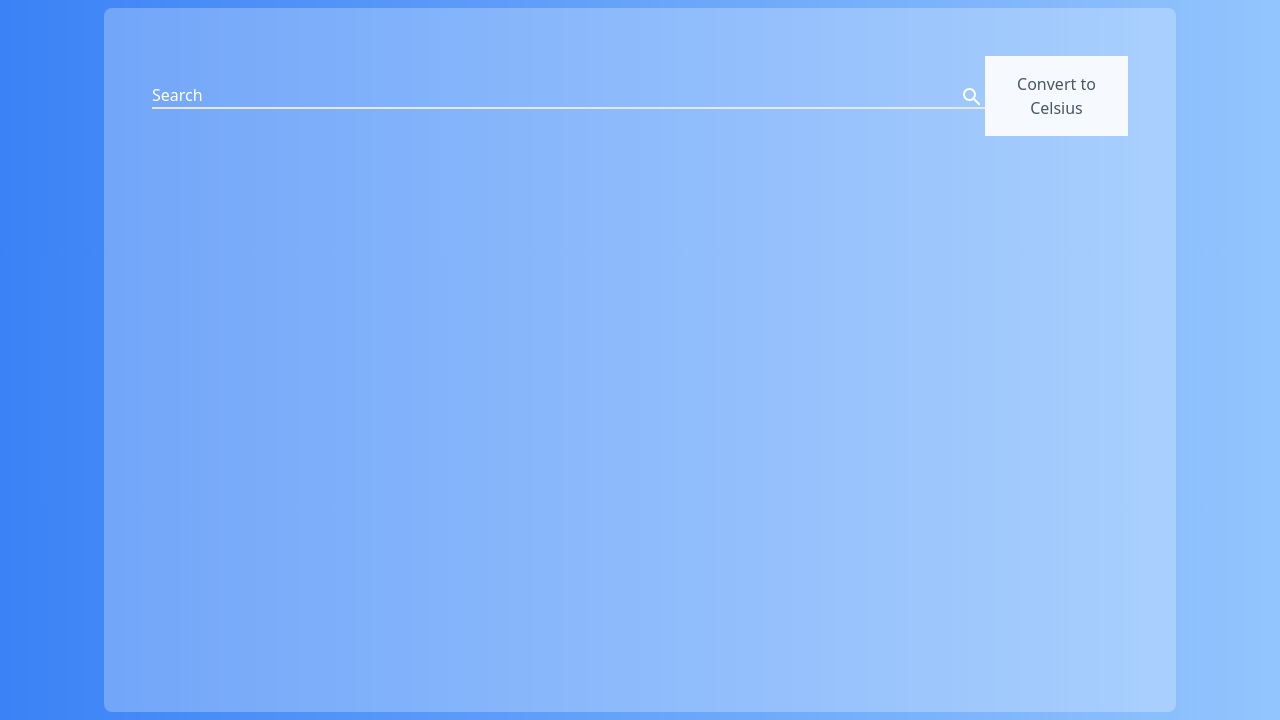
Repository: DevAntonioRogers/react-weatherapp-v2
Page: /
An editor plug-in stored every save of this project. The page is shown before and after the next save, followed by the edit.
The browser window is 1280 px wide. The pictures show the whole page.
The project was rebuilt for these pictures with package versions that can differ from the ones it lists, and the page was loaded fresh each time. The framework's server and built-in components were replaced by stand-ins that run in the browser. Also part of the build but not shown: next.config.js.

Above is the page before, as saved 2023-05-18 23:21:15.

### app/layout.tsx
import "./globals.css";
import { Inter } from "next/font/google";

export const metadata = {
  title: "Create Next App",
  description: "Generated by create next app",
};

export default function RootLayout({ children }: { children: React.ReactNode }) {
  return (
    <html lang="en">
      <body>{children}</body>
    </html>
  );
}

### app/page.tsx
import Conversion from "./components/Conversion";
import Input from "./components/Input";

export default function Home() {
  return (
    <div className="flex justify-center p-2 bg-cover h-screen bg-gradient-to-r from-blue-500 to-blue-300">
      <div className="bg-white/25 mx-24 w-full rounded-lg p-12">
        <div className="flex justify-between">
          <Input />
          <Conversion />
        </div>
      </div>
    </div>
  );
}

### app/components/Conversion.tsx
import React from "react";

const Conversion = () => {
  return (
    <div>
      <button className="bg-white/90 p-4 text-gray-600">Convert to Celsius</button>
    </div>
  );
};

export default Conversion;

### app/components/Input.tsx
"use client";

import SearchIcon from "@mui/icons-material/Search";

const Input = () => {
  return (
    <form className="flex items-center w-full">
      <input
        type="text"
        className="w-full bg-transparent border-b-2 placeholder-white outline-none text-white"
        placeholder="Search"
      />
      <div className="ml-[-25px] text-white cursor-pointer">
        <SearchIcon />
      </div>
    </form>
  );
};

export default Input;

Loaded but not shown: app/globals.css (common file); tailwind.config.js (common file)

After the next save:
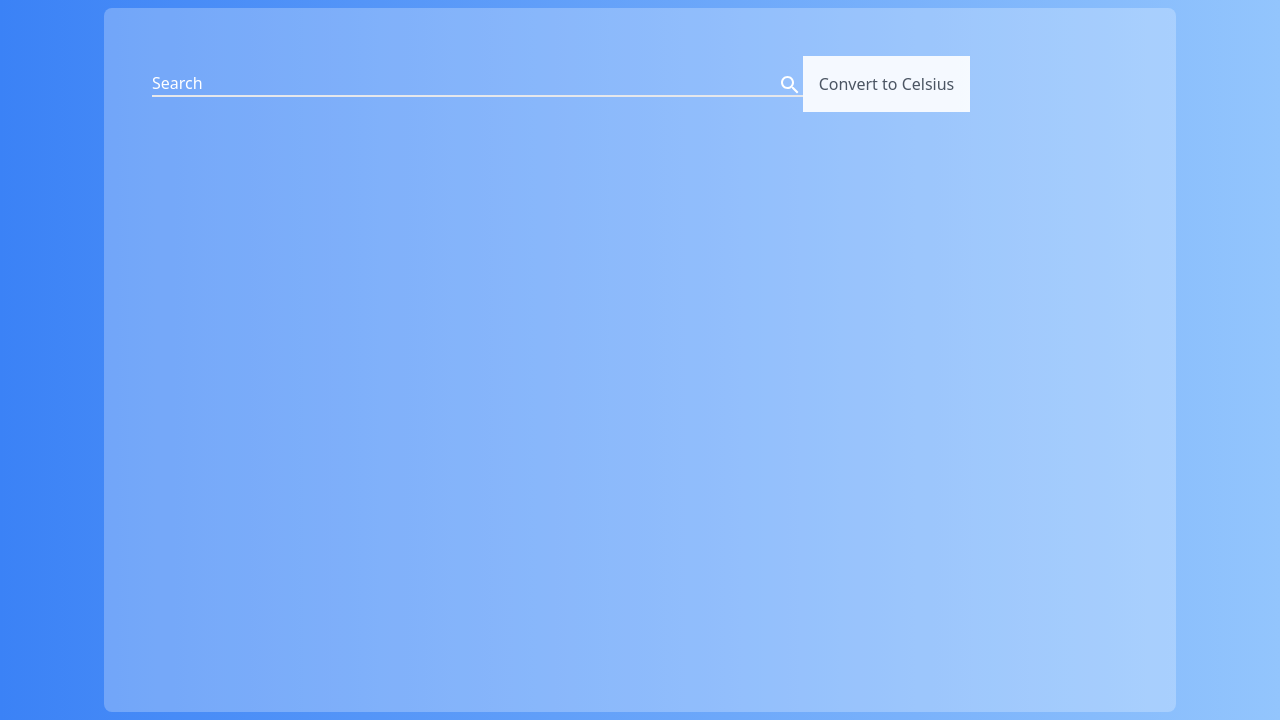
Saved 40 s later.
--- a/app/components/Conversion.tsx
+++ b/app/components/Conversion.tsx
@@ -2,7 +2,7 @@ import React from "react";
 
 const Conversion = () => {
   return (
-    <div>
+    <div className="w-1/2">
       <button className="bg-white/90 p-4 text-gray-600">Convert to Celsius</button>
     </div>
   );
